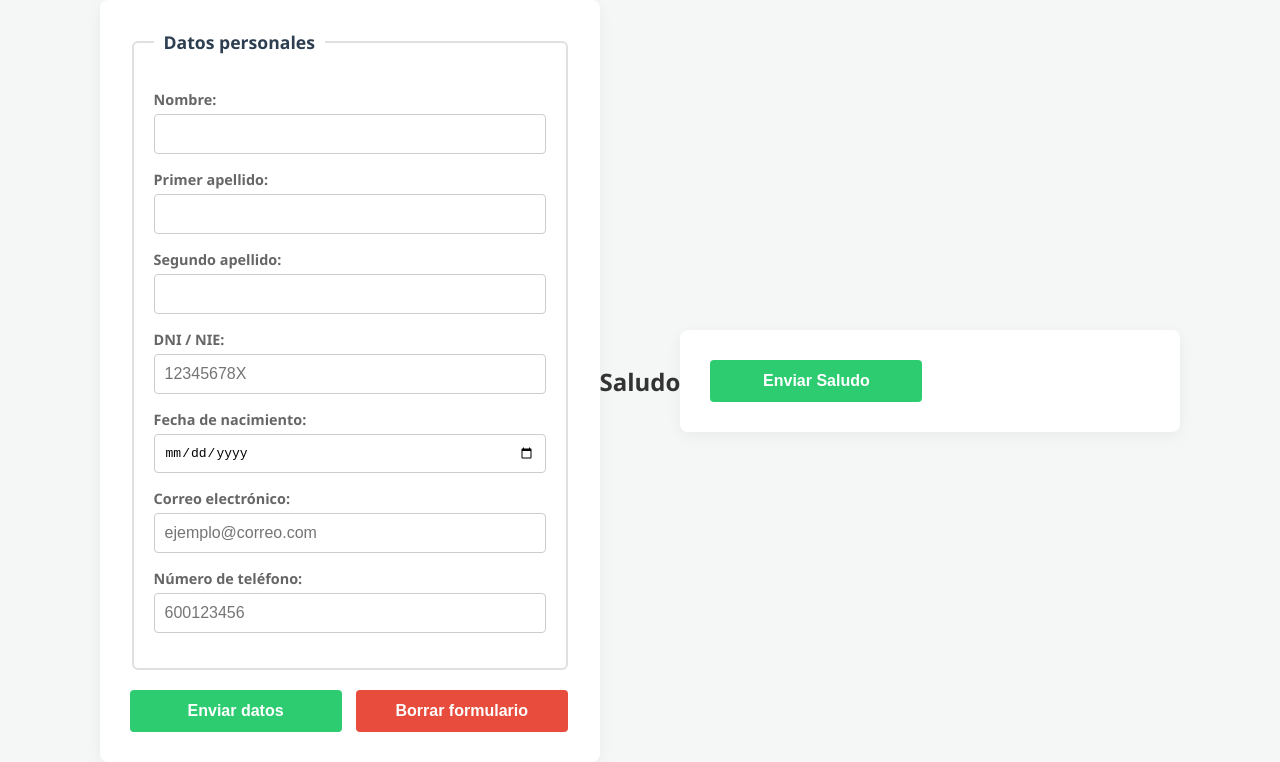
Repository: Daniel-gc271/Acceso-a-datos
Page: webapp-example/src/main/webapp/Ej5-post.html
The author's editor kept a copy of each file at every save. The page is drawn from the files as they stood at one save, then again after a run of saves.
The browser window is 1280 px wide. The pictures show the whole page.

Above is the page before, as saved 2026-10-05 10:21:10.

### webapp-example/src/main/webapp/Ej5-post.html
<!DOCTYPE html>
<html>
<head>
<meta charset="UTF-8">
<title>Insert title here</title>
<link rel="stylesheet" href="estilos.css">
</head>
<body>
	<form action="Ej5Post_ejemplo" method="post">
		<fieldset>
			<legend>Datos personales</legend>

			<!-- Nombre -->
			<p>
				<label for="nombre">Nombre:</label> <input type="text" name="nombre"
					id="nombre" required>
			</p>

			<!-- Apellidos -->
			<p>
				<label for="apellido1">Primer apellido:</label> <input type="text"
					name="apellido1" id="apellido1" required>
			</p>
			<p>
				<label for="apellido2">Segundo apellido:</label> <input type="text"
					name="apellido2" id="apellido2">
			</p>

			<!-- DNI / NIE -->
			<p>
				<label for="dni">DNI / NIE:</label> <input type="text" name="dni"
					id="dni" placeholder="12345678X">
			</p>

			<!-- Fecha de nacimiento -->
			<p>
				<label for="nacimiento">Fecha de nacimiento:</label> <input
					type="date" name="nacimiento" id="nacimiento">
			</p>

			<!-- Correo electrónico -->
			<p>
				<label for="email">Correo electrónico:</label> <input type="email"
					name="email" id="email" placeholder="ejemplo@correo.com">
			</p>

			<!-- Número de teléfono -->
			<p>
				<label for="telefono">Número de teléfono:</label> <input type="tel"
					name="telefono" id="telefono" placeholder="600123456">
			</p>

		</fieldset>

		<!-- Botones de acción -->
		<button type="submit">Enviar datos</button>
		<button type="reset">Borrar formulario</button>
	</form>
	<h2>Saludo</h2>
	<form action="Ej5Post_ejemplo" method="get" class="form-get-saludo">
		<!-- Variable oculta: name es el nombre de la variable, value es su valor -->
		<input type="hidden" name="saludo" value="hola">

		<button type="submit" class="btn-saludo">Enviar Saludo</button>
	</form>

</body>
</html>

### webapp-example/src/main/webapp/estilos.css
/* Estilos generales */
body {
    font-family: 'Segoe UI', Tahoma, Geneva, Verdana, sans-serif;
    background-color: #f4f7f6;
    color: #333;
    display: flex;
    justify-content: center;
    align-items: center;
    min-height: 100vh;
    margin: 0;
}

/* Contenedor del formulario */
form {
    background-color: #ffffff;
    padding: 30px;
    border-radius: 8px;
    box-shadow: 0 4px 15px rgba(0, 0, 0, 0.05);
    max-width: 500px;
    width: 100%;
    box-sizing: border-box;
}

/* Agrupación por secciones */
fieldset {
    border: 2px solid #e0e0e0;
    border-radius: 6px;
    padding: 20px;
    margin-bottom: 20px;
}

legend {
    font-weight: bold;
    color: #2c3e50;
    padding: 0 10px;
    font-size: 1.1em;
}

/* Filas del formulario */
p {
    margin-bottom: 15px;
    display: flex;
    flex-direction: column;
}

/* Etiquetas */
label {
    margin-bottom: 5px;
    font-size: 0.9em;
    color: #666;
    font-weight: 600;
}

/* Campos de entrada (inputs) */
input[type="text"],
input[type="date"],
input[type="email"],
input[type="tel"] {
    padding: 10px;
    border: 1px solid #ccc;
    border-radius: 4px;
    font-size: 1em;
    outline: none;
    transition: border-color 0.3s ease;
}

input:focus {
    border-color: #3498db;
    box-shadow: 0 0 5px rgba(52, 152, 219, 0.3);
}

/* Botones */
button {
    padding: 12px 20px;
    border: none;
    border-radius: 4px;
    font-size: 1em;
    font-weight: bold;
    cursor: pointer;
    transition: background-color 0.3s ease;
    margin-right: 10px;
    width: calc(50% - 8px);
    display: inline-block;
}

button[type="submit"] {
    background-color: #2ecc71;
    color: white;
}

button[type="submit"]:hover {
    background-color: #27ae60;
}

button[type="reset"] {
    background-color: #e74c3c;
    color: white;
    margin-right: 0;
}

button[type="reset"]:hover {
    background-color: #c0392b;
}

/* Responsive para los botones */
@media (max-width: 480px) {
    button {
        width: 100%;
        margin-bottom: 10px;
        margin-right: 0;
    }
    button[type="reset"] {
        margin-bottom: 0;
    }
}

After the next 2 saves:
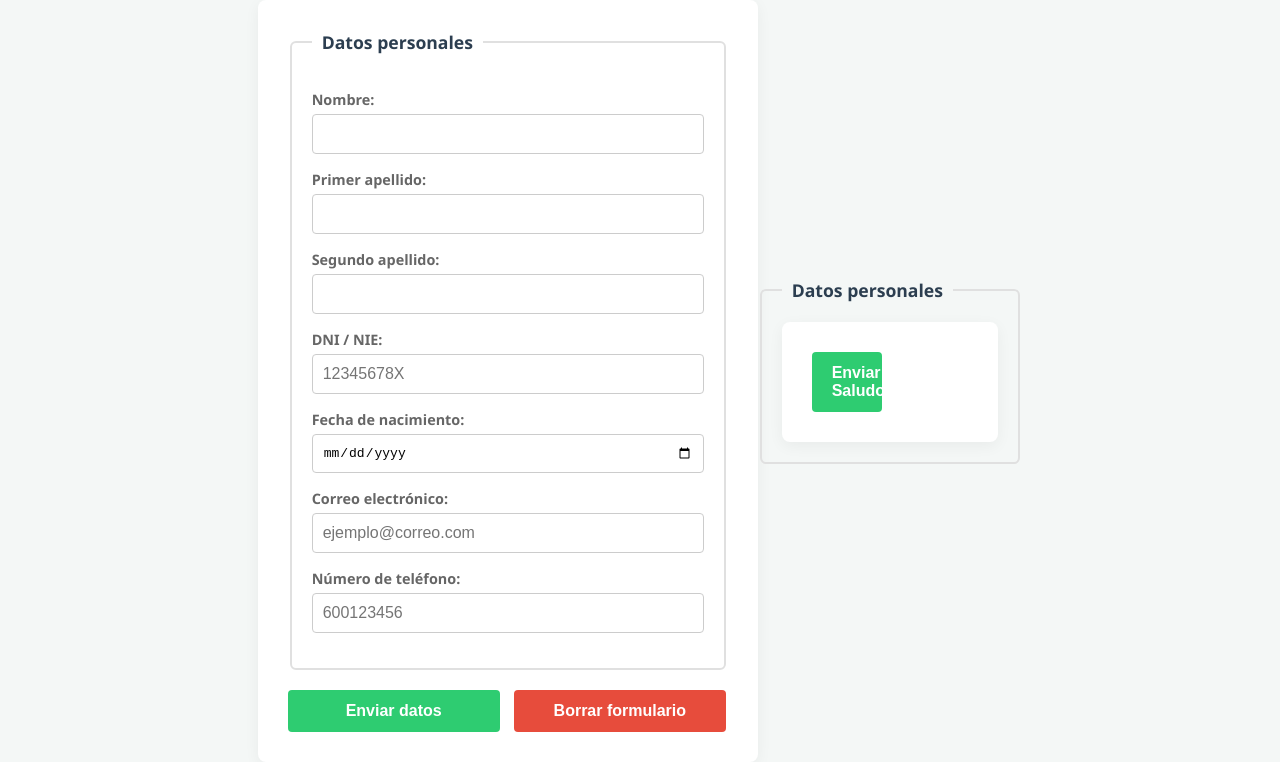
The 2 saves are shown as one change because they came seconds apart.
The last was saved 6 min 5 s later.
--- a/webapp-example/src/main/webapp/Ej5-post.html
+++ b/webapp-example/src/main/webapp/Ej5-post.html
@@ -56,13 +56,17 @@
 		<button type="submit">Enviar datos</button>
 		<button type="reset">Borrar formulario</button>
 	</form>
-	<h2>Saludo</h2>
+
+<fieldset>
+			<legend>Datos personales</legend>
 	<form action="Ej5Post_ejemplo" method="get" class="form-get-saludo">
 		<!-- Variable oculta: name es el nombre de la variable, value es su valor -->
 		<input type="hidden" name="saludo" value="hola">
 
 		<button type="submit" class="btn-saludo">Enviar Saludo</button>
 	</form>
+</fieldset>
+
 
 </body>
 </html>
